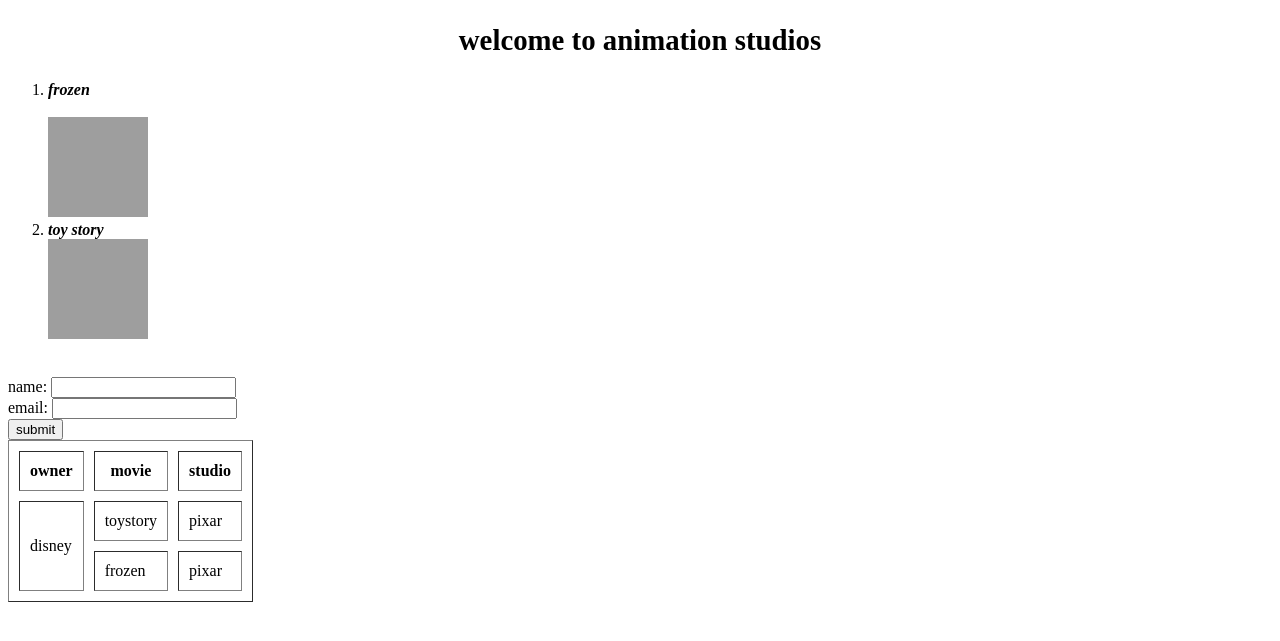
Repository: Rock-ass/New-folder--2-
Page: index.html
An editor plug-in stored every save of this project. The page is shown before and after a run of saves, followed by the edit.
The browser window is 1280 px wide. The pictures show the whole page.
Pictures or frames that could not be fetched are drawn as grey boxes.

Above is the page before, as saved 2021-12-24 21:45:42.

After the next 7 saves:
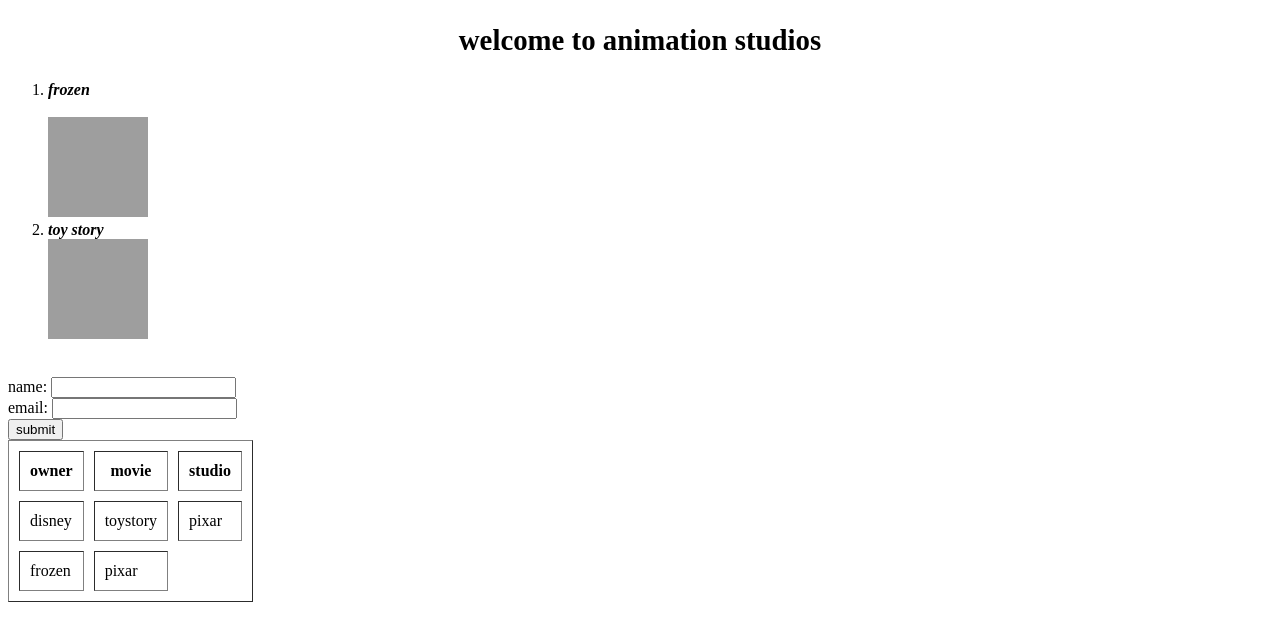
The 7 saves are shown as one change because they came seconds apart.
The last was saved 46 s later.
--- a/index.html
+++ b/index.html
@@ -88,6 +88,9 @@
 
 
 </tr>
+<colgroup>
+<col >
+</colgroup>
 <tr>
 <td>frozen</td>
 <td> pixar</td>
